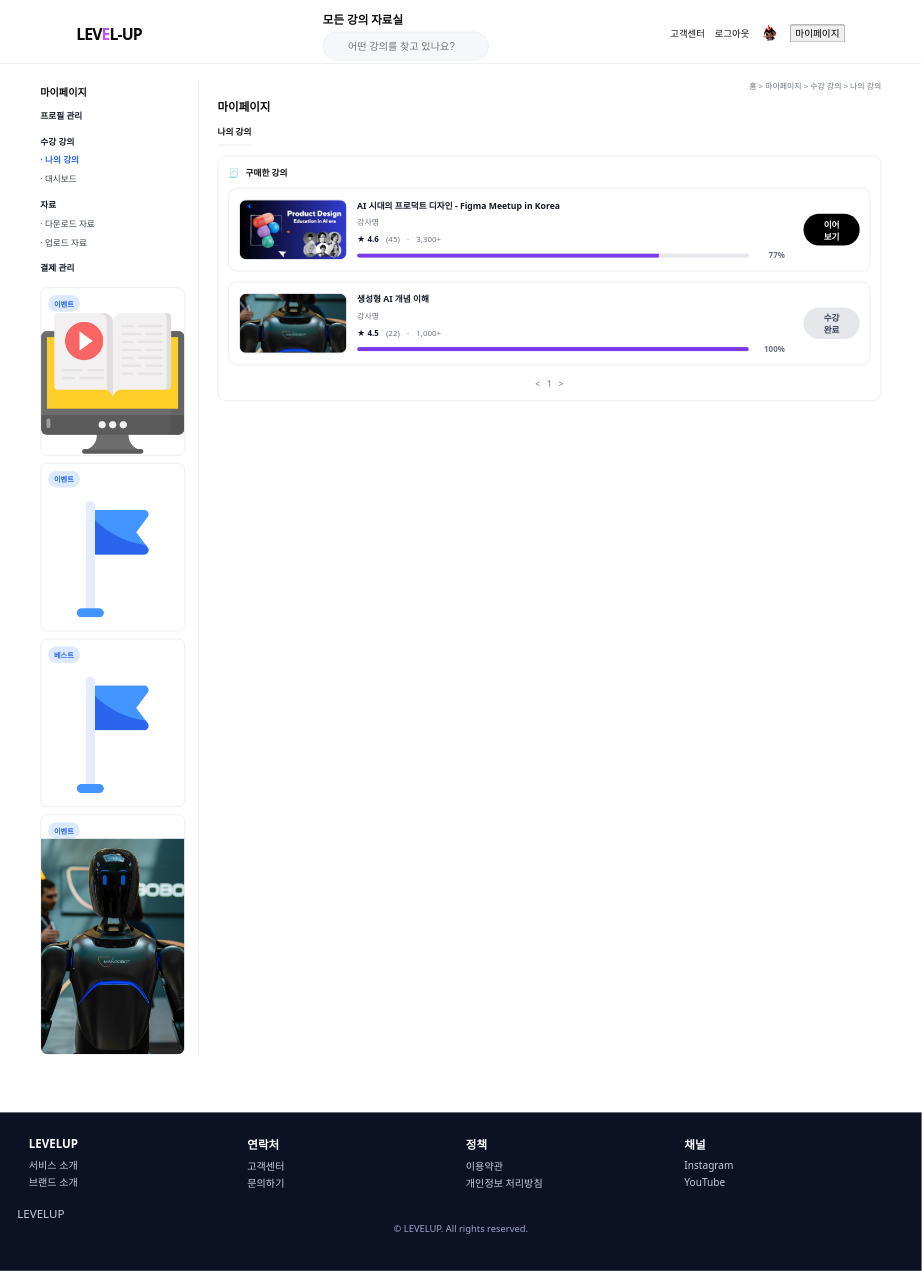
Repository: Iimchaehoon/level_up
Page: mypage.html
An editor plug-in stored every save of this project. The page is shown before and after the next save, followed by the edit.
The browser window is 1280 px wide. The pictures show the whole page, at 72% of full size.

Above is the page before, as saved 2025-12-13 21:51:13.

After the next save:
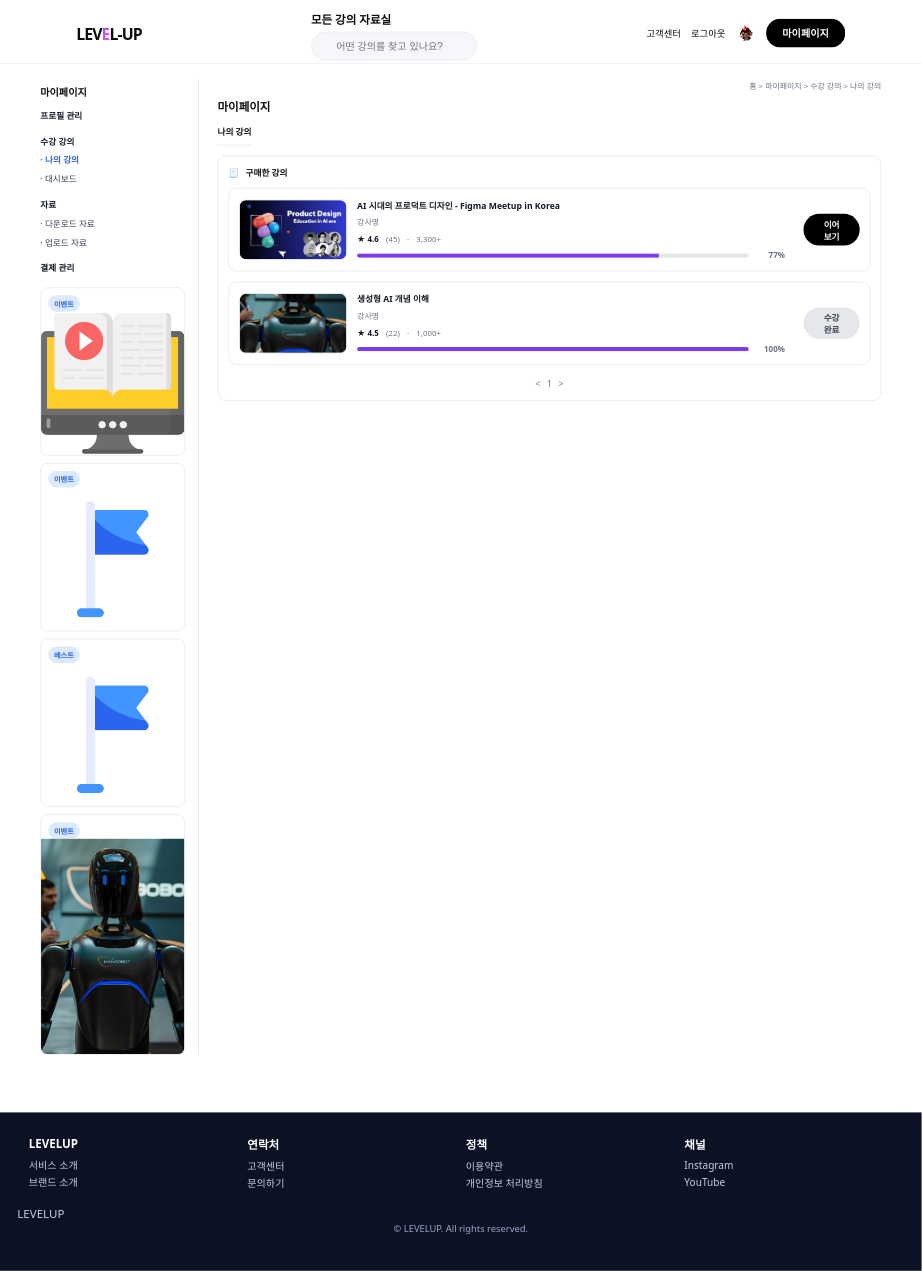
Saved 29 s later.
--- a/mypage.html
+++ b/mypage.html
@@ -288,7 +288,7 @@
         <a class="header-top__link" href="#">로그아웃</a>
         <img class="header-top__profile" src="./assets/ddd_thumbnail.png" alt="프로필" />
         <!-- ✅ 검은색 마이페이지 버튼 -->
-        <button class="header-top__btn header-top__btn--mypage" type="button" id="goMypageBtn">마이페이지</button>
+        <button class="btn mypage-btn" type="button" data-nav="mypage">마이페이지</button>
       </div>
     </div>
   </header>
